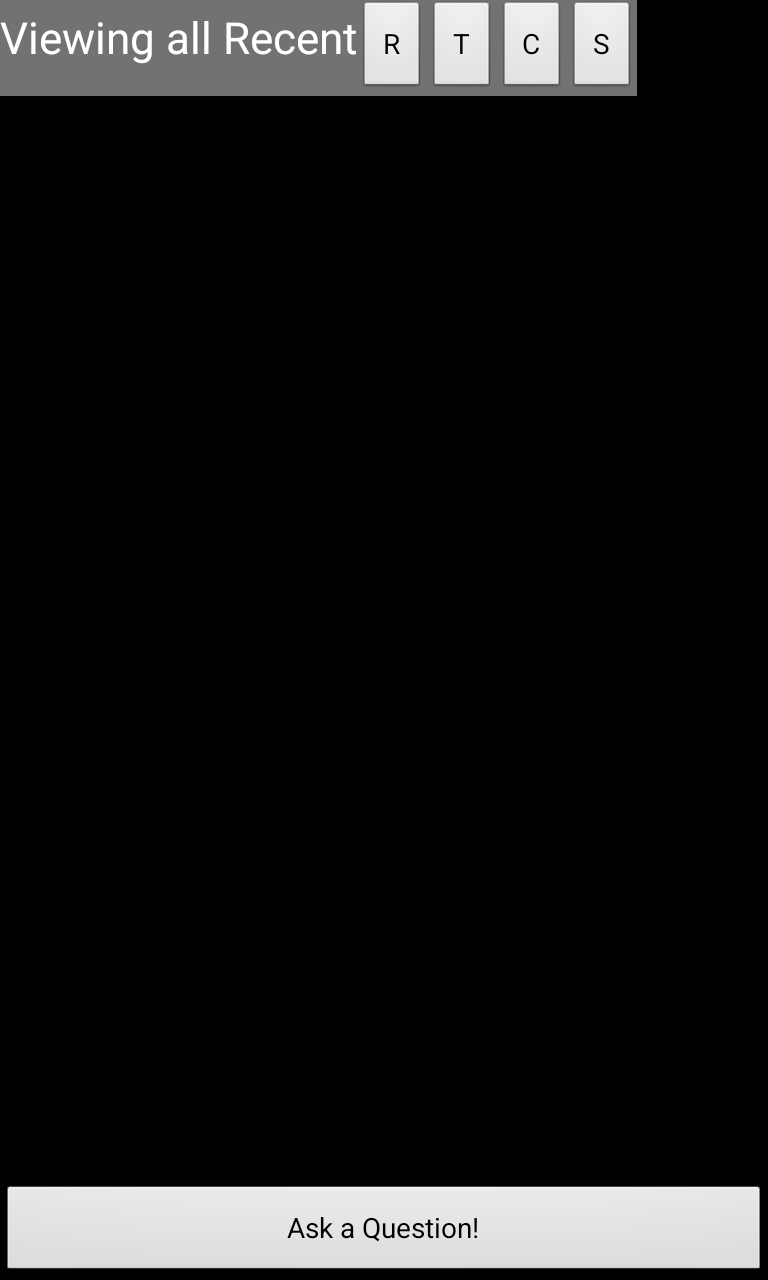
Repository: AustinCundiff/Questions-App
Layout: Q&AApp_Android/res/layout/activity_question_list.xml
The author's editor kept a copy of each file at every save. The layout is drawn from the files as they stood at one save, then again after the next save.
It is drawn on a 768 x 1280 px phone screen (xhdpi) without system bars, with theme android:Theme; the app's code is not run. Lists and similar views that code fills are empty.

Above is the layout before, as saved 2015-01-01 00:02:38.

After the next save:
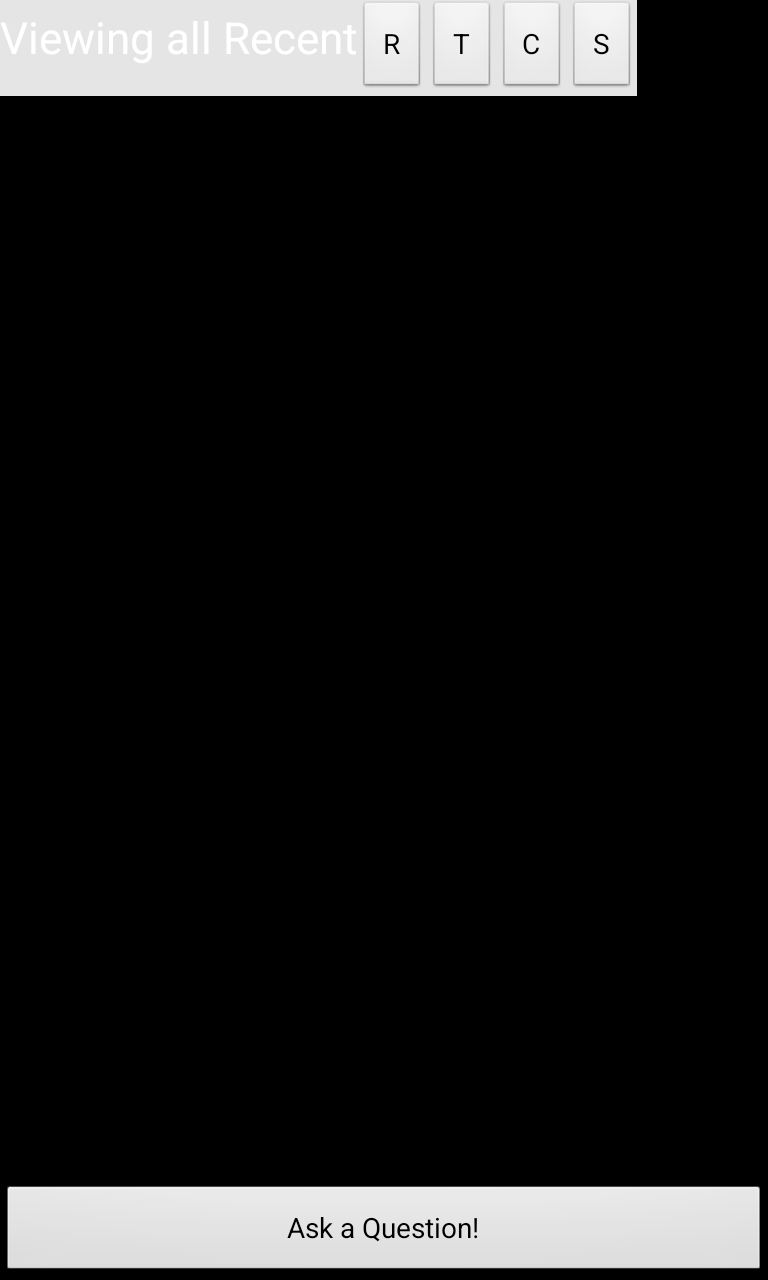
Saved 10 s later.
--- a/Q&AApp_Android/res/layout/activity_question_list.xml
+++ b/Q&AApp_Android/res/layout/activity_question_list.xml
@@ -8,7 +8,7 @@
         android:id="@+id/layout_viewingall"
         android:layout_width="wrap_content"
         android:layout_height="wrap_content"
-        android:background="#727272"
+        android:background="#e5e5e5"
         android:orientation="horizontal" >
 
         <TextView
